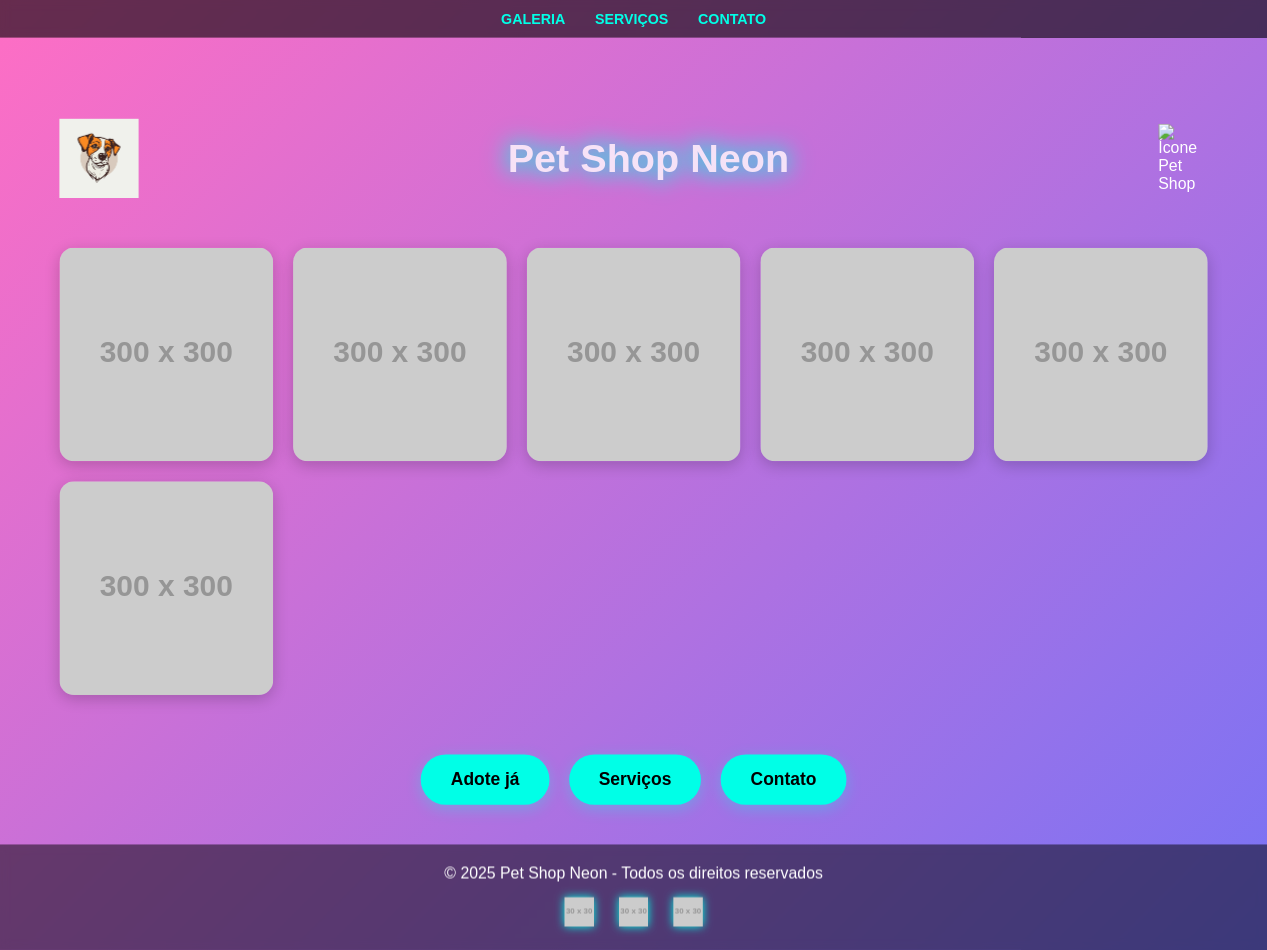
Repository: Sandro1969-tech/Desafio-petshop
Page: index.html
An editor plug-in stored every save of this project. The page is shown before and after a run of saves, followed by the edit.
The browser window is 1280 px wide. The pictures show the whole page, at 99% of full size.

Above is the page before, as saved 2025-12-09 18:35:28.

### index.html
<!DOCTYPE html>
<html lang="pt-BR">
<head>
  <meta charset="UTF-8">
  <meta name="viewport" content="width=device-width, initial-scale=1.0">
  <title>Pet Shop Moderno</title>
  <link rel="stylesheet" href="style.css">
</head>
<body>
  <nav class="navbar">
    <ul>
      <li><a href="#gallery">Galeria</a></li>
      <li><a href="#services">Serviços</a></li>
      <li><a href="#contact">Contato</a></li>
    </ul>
  </nav>

  <header>
    <img src="assets/image/logo.jpg" alt="Logo Pet Shop" class="logo">

    <h1 class="neon-title">Pet Shop Neon</h1>

    <img src="" alt="Ícone Pet Shop" class="icon">
  </header>

  <main>
    <section id="gallery" class="gallery">
      <img src="https://via.placeholder.com/300" alt="Pet 1">
      <img src="https://via.placeholder.com/300" alt="Pet 2">
      <img src="https://via.placeholder.com/300" alt="Pet 3">
      <img src="https://via.placeholder.com/300" alt="Pet 4">
      <img src="https://via.placeholder.com/300" alt="Pet 5">
      <img src="https://via.placeholder.com/300" alt="Pet 6">
    </section>

    <section id="services" class="buttons">
      <button>Adote já</button>
      <button>Serviços</button>
      <button>Contato</button>
    </section>
  </main>

  <footer id="contact">
    <p>© 2025 Pet Shop Neon - Todos os direitos reservados</p>
    <div class="social-icons">
       <a href="https://instagram.com" target="_blank">
        <img src="https://via.placeholder.com/30?text=IG" alt="Instagram">
      </a>
      <a href="https://wa.me/seunumerowhatsapp" target="_blank">
        <img src="https://via.placeholder.com/30?text=WA" alt="WhatsApp">
      </a>
      <a href="https://facebook.com" target="_blank">
        <img src="https://via.placeholder.com/30?text=FB" alt="Facebook">
      </a>
    </div>
  </footer>
</body>
</html>

### style.css
/* Reset básico */
* {
  margin: 0;
  padding: 0;
  box-sizing: border-box;
}

/* Melhoria 2: Rolagem suave ao clicar nos links do menu */
html {
  scroll-behavior: smooth;
}

/* Fundo com gradiente vibrante e Sticky Footer */
body {
  font-family: 'Arial', sans-serif;
  background: linear-gradient(135deg, #ff6ec4, #7873f5);
  color: #fff;
  min-height: 100vh;
  display: flex;
  flex-direction: column;
}

/* Barra de navegação fixa */
.navbar {
  position: fixed;
  top: 0;
  width: 100%;
  background: rgba(0,0,0,0.6);
  padding: 10px 0;
  z-index: 1000;
  backdrop-filter: blur(5px); /* Adiciona um leve desfoque atrás do menu */
}

.navbar ul {
  list-style: none;
  display: flex;
  justify-content: center;
  gap: 30px;
}

.navbar a {
  text-decoration: none;
  color: #00ffe7;
  font-weight: bold;
  transition: color 0.3s;
  text-transform: uppercase; /* Deixa os links em caixa alta para mais destaque */
  font-size: 0.9rem;
}

.navbar a:hover {
  color: #ff6ec4;
}

/* Cabeçalho */
header {
  display: flex;
  justify-content: space-between;
  align-items: center;
  padding: 120px 20px 30px; /* Aumentei um pouco o padding superior */
  max-width: 1200px; /* Limita a largura em telas muito grandes */
  margin: 0 auto; /* Centraliza se a tela for muito grande */
  width: 100%;
}

.logo {
  width: 80px;
  height: auto; /* Garante a proporção */
}

.icon {
  width: 50px;
  height: auto;
}

/* Título neon com animação */
.neon-title {
  font-size: 2.5rem;
  text-align: center; /* Garante que o texto centralize se quebrar linha */
  color: #fff;
  text-shadow: 0 0 5px #00ffe7, 0 0 10px #00ffe7, 0 0 20px #00ffe7;
  animation: flicker 2s infinite alternate;
}

@keyframes flicker {
  0% { opacity: 1; text-shadow: 0 0 5px #00ffe7, 0 0 10px #00ffe7; }
  50% { opacity: 0.8; text-shadow: 0 0 20px #00ffe7, 0 0 30px #00ffe7; }
  100% { opacity: 1; text-shadow: 0 0 10px #00ffe7, 0 0 20px #00ffe7; }
}

/* Galeria responsiva */
.gallery {
  display: grid;
  /* Ajustei o minmax para 200px para as imagens ficarem um pouco maiores */
  grid-template-columns: repeat(auto-fit, minmax(200px, 1fr));
  gap: 20px;
  padding: 20px;
  max-width: 1200px;
  margin: 0 auto;
  width: 100%;
}

/* Melhoria 3: Padronização das imagens da galeria */
.gallery img {
  width: 100%;
  aspect-ratio: 1 / 1; /* Força a imagem a ser quadrada */
  object-fit: cover; /* Corta a imagem para preencher o quadrado sem distorcer */
  border-radius: 15px;
  transition: transform 0.3s, box-shadow 0.3s;
  box-shadow: 0 4px 15px rgba(0,0,0,0.2); /* Sombra suave */
}

.gallery img:hover {
  transform: scale(1.05);
  box-shadow: 0 8px 25px rgba(0, 255, 231, 0.4); /* Sombra neon ao passar o mouse */
}

/* Botões animados */
.buttons {
  display: flex;
  justify-content: center;
  flex-wrap: wrap; /* Permite que os botões quebrem linha em telas pequenas */
  gap: 20px;
  margin: 40px 20px;
}

button {
  background: #00ffe7;
  border: none;
  padding: 15px 30px;
  border-radius: 50px;
  font-size: 1.1rem;
  font-weight: bold;
  color: #000;
  cursor: pointer;
  transition: all 0.3s ease;
  box-shadow: 0 4px 15px rgba(0, 255, 231, 0.3);
}

button:hover {
  transform: translateY(-5px);
  background: #ff6ec4;
  color: #fff;
  box-shadow: 0 6px 20px rgba(255, 110, 196, 0.5);
}

/* Rodapé */
footer {
  text-align: center;
  padding: 20px;
  background: rgba(0,0,0,0.5);
  margin-top: auto; /* Mantém o rodapé no final */
  backdrop-filter: blur(5px);
}

.social-icons {
  margin-top: 15px;
  display: flex;
  justify-content: center;
  gap: 25px;
}

.social-icons img {
  width: 30px;
  height: 30px;
  transition: transform 0.3s;
  filter: drop-shadow(0 0 5px #00ffe7); /* Adiciona brilho neon aos ícones */
}

.social-icons img:hover {
  transform: scale(1.2) rotate(10deg); /* Pequena rotação ao passar o mouse */
}

/* Melhoria 4: Media Query para telas pequenas (Celulares) */
@media (max-width: 600px) {
  header {
    flex-direction: column;
    gap: 20px;
    padding-top: 100px;
  }

  .neon-title {
    font-size: 2rem;
    order: 2; /* Título fica no meio */
  }

  .logo { order: 1; } /* Logo fica em cima */
  .icon { order: 3; } /* Ícone fica embaixo */

  .navbar ul {
    gap: 15px; /* Menos espaço entre links no mobile */
  }

  .navbar a {
      font-size: 0.8rem;
  }
}

After the next 2 saves:
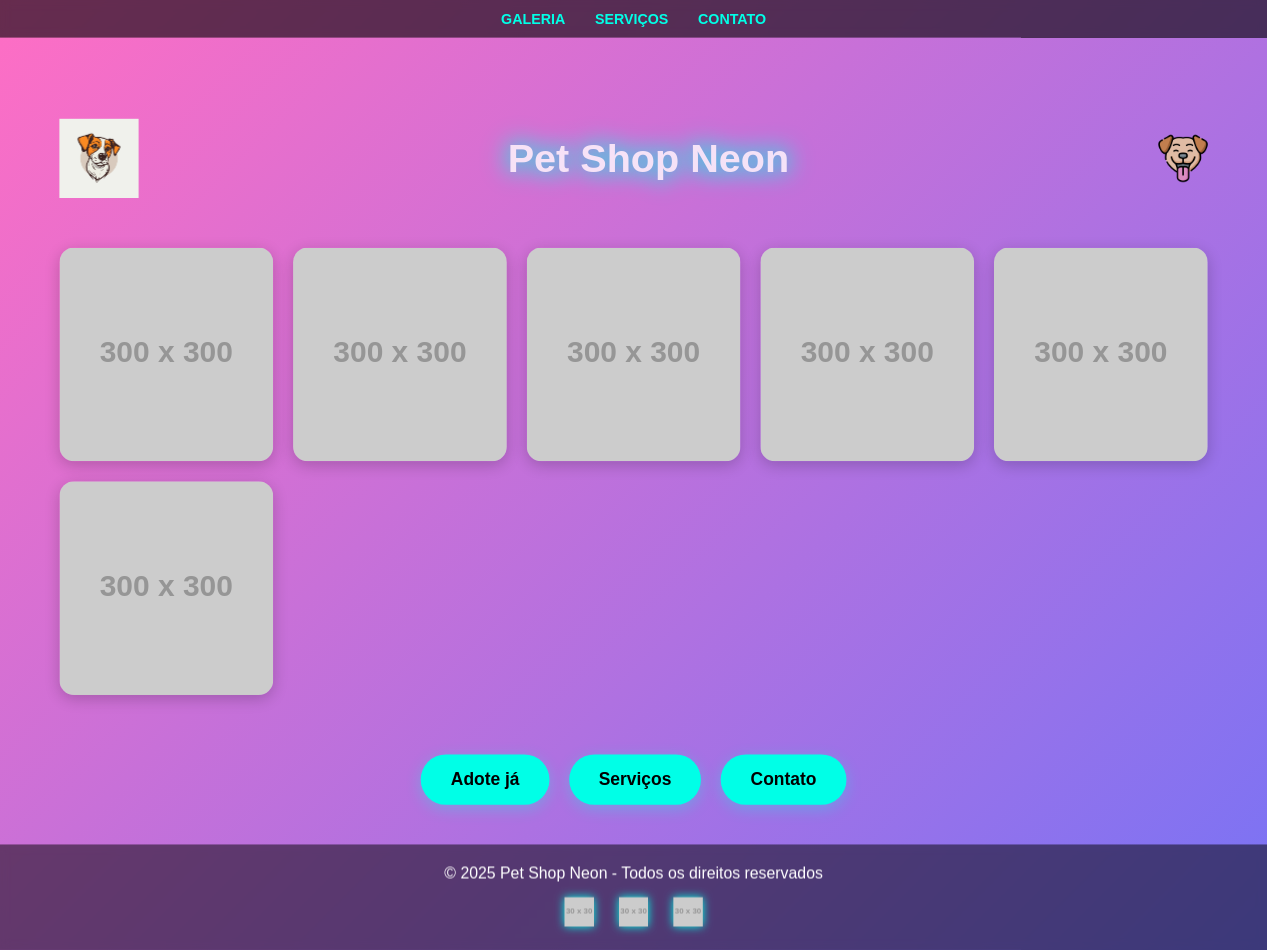
The 2 saves are shown as one change because they came seconds apart.
The last was saved 7 s later.
--- a/index.html
+++ b/index.html
@@ -20,7 +20,7 @@
 
     <h1 class="neon-title">Pet Shop Neon</h1>
 
-    <img src="" alt="Ícone Pet Shop" class="icon">
+    <img src="assets/image/icon.png" alt="Ícone Pet Shop" class="icon">
   </header>
 
   <main>
